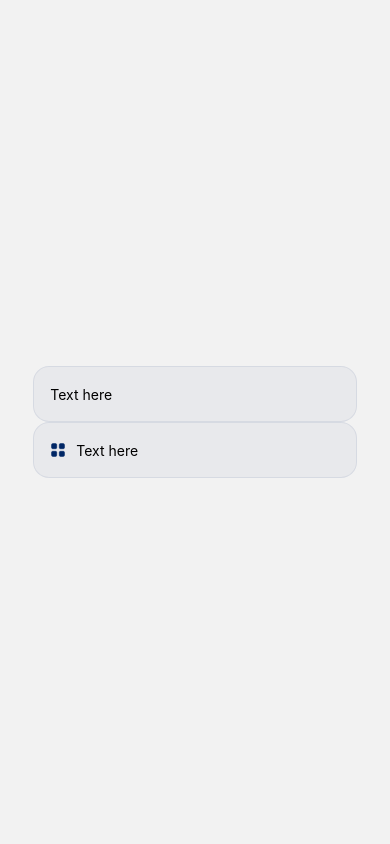
Repository: hungdomanh95/setuptheme
Screen: /
The author's editor kept a copy of each file at every save. The screen is drawn from the files as they stood at one save, then again after the next save.
The app was drawn by React Native's web renderer in a window 390 px wide. The project was rebuilt for these pictures with package versions that can differ from the ones it lists, and the page was loaded fresh each time. Also part of the build but not shown: src/components/Fade/index.js, src/components/Slide/index.js, src/components/RNBotton/index.js, src/components/RNCheckbox/index.js.

Above is the screen before, as saved 2022-05-17 16:41:43.

### App.js
import {View, Text} from 'react-native';
import React from 'react';
import RootNavigation from './src/navigation/rootNavigation';

const App = () => {
  return <RootNavigation />;
};

export default App;

### src/navigation/rootNavigation.js
import React from 'react'
import {NavigationContainer} from '@react-navigation/native';
import {createNativeStackNavigator} from '@react-navigation/native-stack';
import {
  HomeScreen,
} from '../screens';
import { SafeAreaProvider } from 'react-native-safe-area-context';

const Stack = createNativeStackNavigator();
const RootNavigation = () => {
  const screenOptions = {
    headerTransparent: true,
    headerShown: false,
  };
  const stackOption = {
    headerShown: true,
    headerBackTitle: '',
    headerTitle: '',
  };
  return (
    <SafeAreaProvider>
      <NavigationContainer>
        <Stack.Navigator screenOptions={screenOptions}>
          <Stack.Screen name="HomeScreen" component={HomeScreen} />
        </Stack.Navigator>
      </NavigationContainer>
    </SafeAreaProvider>
  );
};

export default RootNavigation;

### src/screens/index.js
import HomeScreen from './HomeScreen';
export {HomeScreen};

### src/screens/HomeScreen/index.js
import {View, StyleSheet} from 'react-native';
import React from 'react';
import {COLOR} from '../../theme';
import {Button, CheckBox, Input} from '../../components';
const icon = require("../../assets/icon/Categary.png")

const HomeScreen = () => {
  return (
    <View style={styles.container}>
      {/* <Button text="Button" type={'primary'} size={'fullsize'} />
      <Button text="Button" type={'danger'} size={'medium'} />
      <Button text="Button" type={'success'} size={'small'} />
      <Button text="Button" type={'warning'} size={80} />
      <Button
        text="Button"
        type={'primary'}
        size={'fullsize'}
        disabled={true}
      />
      <Button text="Button" color={COLOR.neural8} colorText={COLOR.neural} />

      <CheckBox /> */}
      <Input placeholder="Text here"/>
      <Input placeholder="Text here" iconLeft={icon} />
    </View>
  );
};

export default HomeScreen;
const styles = StyleSheet.create({
  container: {
    flex: 1,
    justifyContent: 'center',
    alignItems: 'center',
  },
});

### src/theme/index.js
import {StyleSheet, Dimensions} from 'react-native';
const {width, height} = Dimensions.get('window');
const width_design = 375;
export const SIZE = {
  width,
  height,
  spacing: 16,
  spacing10:10,
  icon: 24,
  iconInput:16,
  btn1: (width * 343) / width_design,
  btn2: (width * 196) / width_design,
  btn3: (width * 160) / width_design,
  checkbox: 25,
  input1:(width * 311) / width_design
};
export const COLOR = {
  primary: '#002665',
  primary80: 'rgba(0, 38, 101, 0.8)',
  primary60: 'rgba(0, 38, 101, 0.6)',
  primary40: 'rgba(0, 38, 101, 0.4)',
  primary24: 'rgba(0, 38, 101, 0.24)',
  primary16: 'rgba(0, 38, 101, 0.16)',
  primary8: 'rgba(0, 38, 101, 0.08)',
  primary4: 'rgba(0, 38, 101, 0.04)',
  secondary: '#2567F9',
  secondary50: '#0077FF',
  secondary40: 'rgba(0, 119, 255, 0.4)',
  secondary24: 'rgba(0, 119, 255, 0.24)',
  secondary16: 'rgba(0, 119, 255, 0.16)',
  secondary8: 'rgba(0, 119, 255, 0.08)',
  white: '#FFFFFF',
  white64: 'rgba(255,255,255,0.64)',
  white40: 'rgba(255,255,255,0.4)',
  white24: 'rgba(255,255,255,0.24)',
  white16: 'rgba(255,255,255,0.16)',
  white8: 'rgba(255,255,255,0.08)',
  white4: 'rgba(255,255,255,0.04)',
  yellow: '#FDBE01',
  yellow80: 'rgba(253, 190, 1, 0.8)',
  yellow40: 'rgba(253, 190, 1, 0.4)',
  yellow16: 'rgba(253, 190, 1, 0.16)',
  red: '#DA000B',
  red80: 'rgba(227, 38, 46, 0.8)',
  red40: 'rgba(227, 38, 46, 0.4)',
  red16: 'rgba(227, 38, 46, 0.16)',
  gray: '#6D7E92',
  gray40: '#7689A2',
  gray24: '#B3BDCB',
  gray16: '#DADFE6',
  gray8: '#F9FAFD',
  green: '#18A348',
  green50: '#25C26E',
  green40: 'rgba(37, 194, 110, 0.4)',
  green24: 'rgba(37, 194, 110, 0.24)',
  neural: '#FFB200',
  neural80: 'rgba(255, 178, 0, 0.8)',
  neural40: 'rgba(255, 178, 0, 0.4)',
  neural24: 'rgba(255, 178, 0, 0.24)',
  neural16: 'rgba(255, 178, 0, 0.16)',
  neural8: 'rgba(255, 178, 0, 0.08)',
  orange: '#F44B02',
  orange80: 'rgba(244, 75, 2, 0.8)',
  orange40: 'rgba(244, 75, 2, 0.4)',
  orange8: '#FFECE3',
  infor: '#0289F4',
  infor80: 'rgba(2, 137, 244, 0.8)',
  infor40: 'rgba(2, 137, 244, 0.4)',
  infor10: 'rgba(2, 137, 244, 0.1)',
};
export const TEXT = StyleSheet.create({
  h1: {
    fontSize: 22,
    lineHeight: 33,
  },
  h2: {
    fontSize: 20,
    lineHeight: 30,
  },
  h3: {
    fontSize: 18,
    lineHeight: 27,
  },
  fz16: {
    fontSize: 16,
    lineHeight: 24,
  },
  fz14: {
    fontSize: 14,
    lineHeight: 21,
  },
  fz12: {
    fontSize: 12,
    lineHeight: 18,
  },
  fz10: {
    fontSize: 10,
    lineHeight: 15,
  },
  bold: {
    fontWeight: '700',
  },
  medium: {
    fontWeight: '500',
  },
  regular: {
    fontWeight: '400',
  },
});
export const SHADOWS = StyleSheet.create({
  sh: {
    backgroundColor: '#FFFFFF',
    shadowColor: 'rgba(0, 38, 101, 0.1)',
    shadowOffset: {
      width: 0,
      height: 2,
    },
    shadowOpacity: 2,
    shadowRadius: 5,
    elevation: 5,
  },
});

### src/components/index.js
import Fade from './Fade';
import Slide from './Slide';
import Button from './RNBotton';
import CheckBox from './RNCheckbox';
import Input from './Input';
export {Fade, Slide, Button, CheckBox, Input};

### src/components/Input/index.js
import {StyleSheet, Text, View, TextInput, Image} from 'react-native';
import React from 'react';
import {COLOR, SIZE} from '../../theme';

const Input = props => {
  const {placeholder, iconLeft, iconRight} = props;
  return (
    <View style={styles.container}>
      {iconLeft && <Image source={iconLeft} style={styles.icon} />}
      <TextInput placeholder={placeholder || 'Text here'} />
      {iconRight && <Image source={iconLeft} style={styles.icon} />}
    </View>
  );
};

export default Input;

const styles = StyleSheet.create({
  container: {
    borderWidth: 1,
    borderColor: COLOR.primary8,
    width: SIZE.input1,
    height: 56,
    borderRadius: 16,
    backgroundColor: COLOR.primary4,
    paddingLeft: SIZE.spacing,
    flexDirection: 'row',
    alignItems: 'center',
  },
  icon: {
    width: SIZE.iconInput,
    height: SIZE.iconInput,
    marginRight: SIZE.spacing10,
  },
});

After the next save:
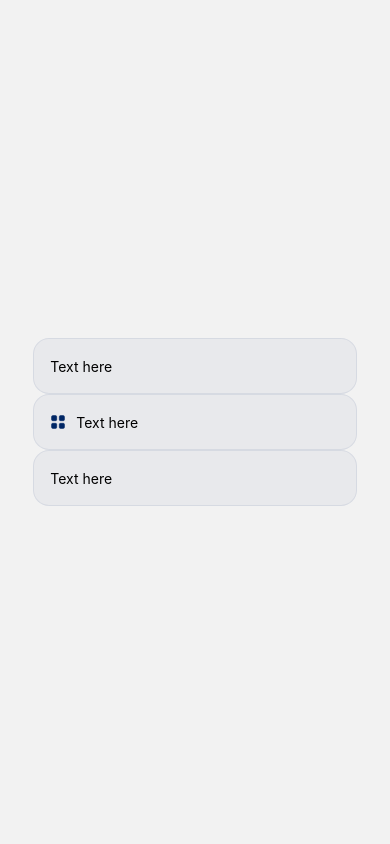
Saved 8 s later.
--- a/src/screens/HomeScreen/index.js
+++ b/src/screens/HomeScreen/index.js
@@ -22,6 +22,7 @@ const HomeScreen = () => {
       <CheckBox /> */}
       <Input placeholder="Text here"/>
       <Input placeholder="Text here" iconLeft={icon} />
+      <Input placeholder="Text here" iconRight={icon} />
     </View>
   );
 };
